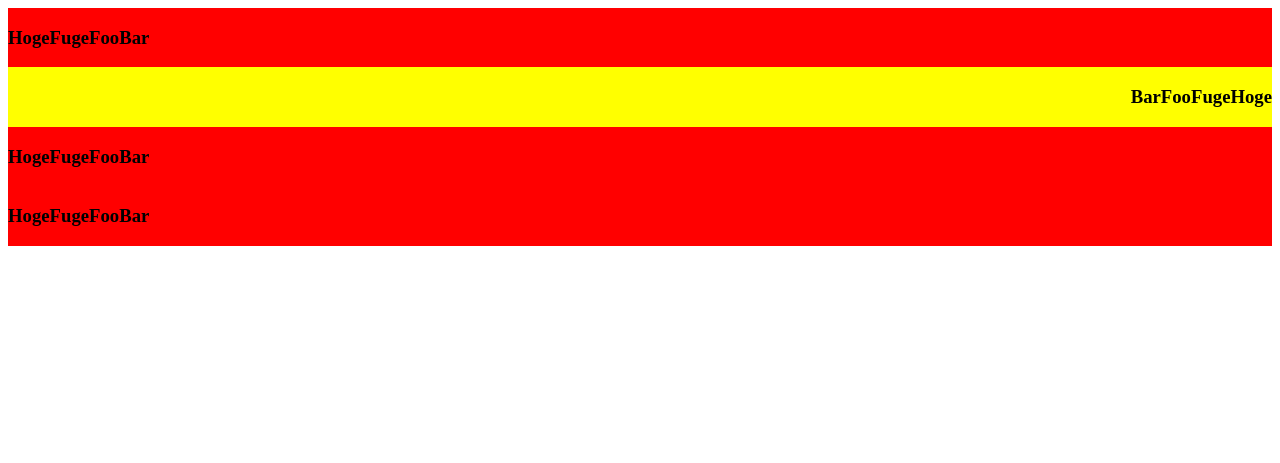
Repository: yoshi1924/samurai_HTML-CSS
Page: test.html
The author's editor kept a record of every edit. The page is drawn from the files as they stood at one moment, then again after the next edit.
The browser window is 1280 px wide. The pictures show the whole page.

Above is the page before.

After the next edit:
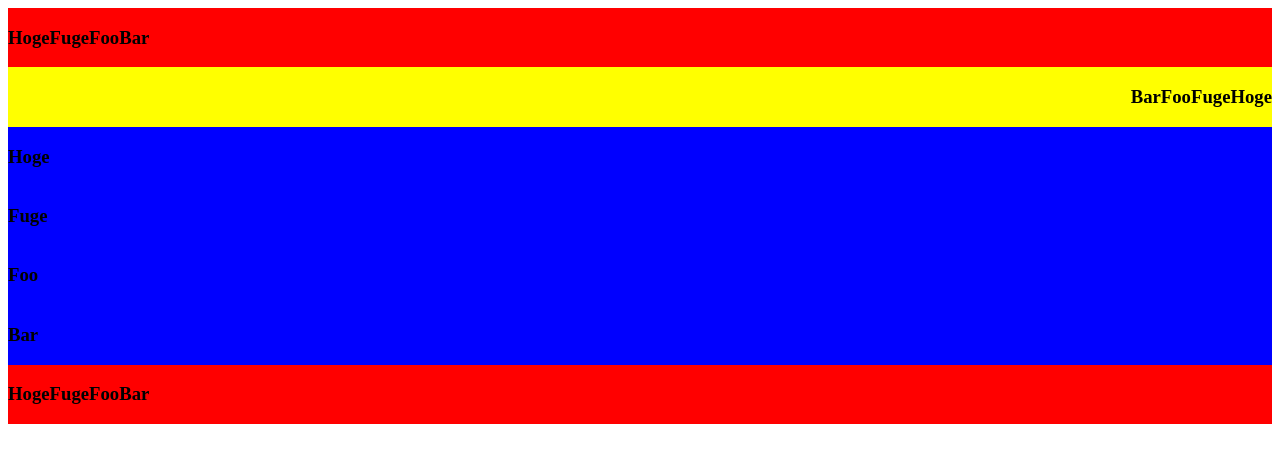
The edit:
--- a/test.html
+++ b/test.html
@@ -40,7 +40,7 @@
         <h3>Foo</h3>
         <h3>Bar</h3>
     </div>
-    <div id="sort">
+    <div id="column">
         <h3>Hoge</h3>
         <h3>Fuge</h3>
         <h3>Foo</h3>
